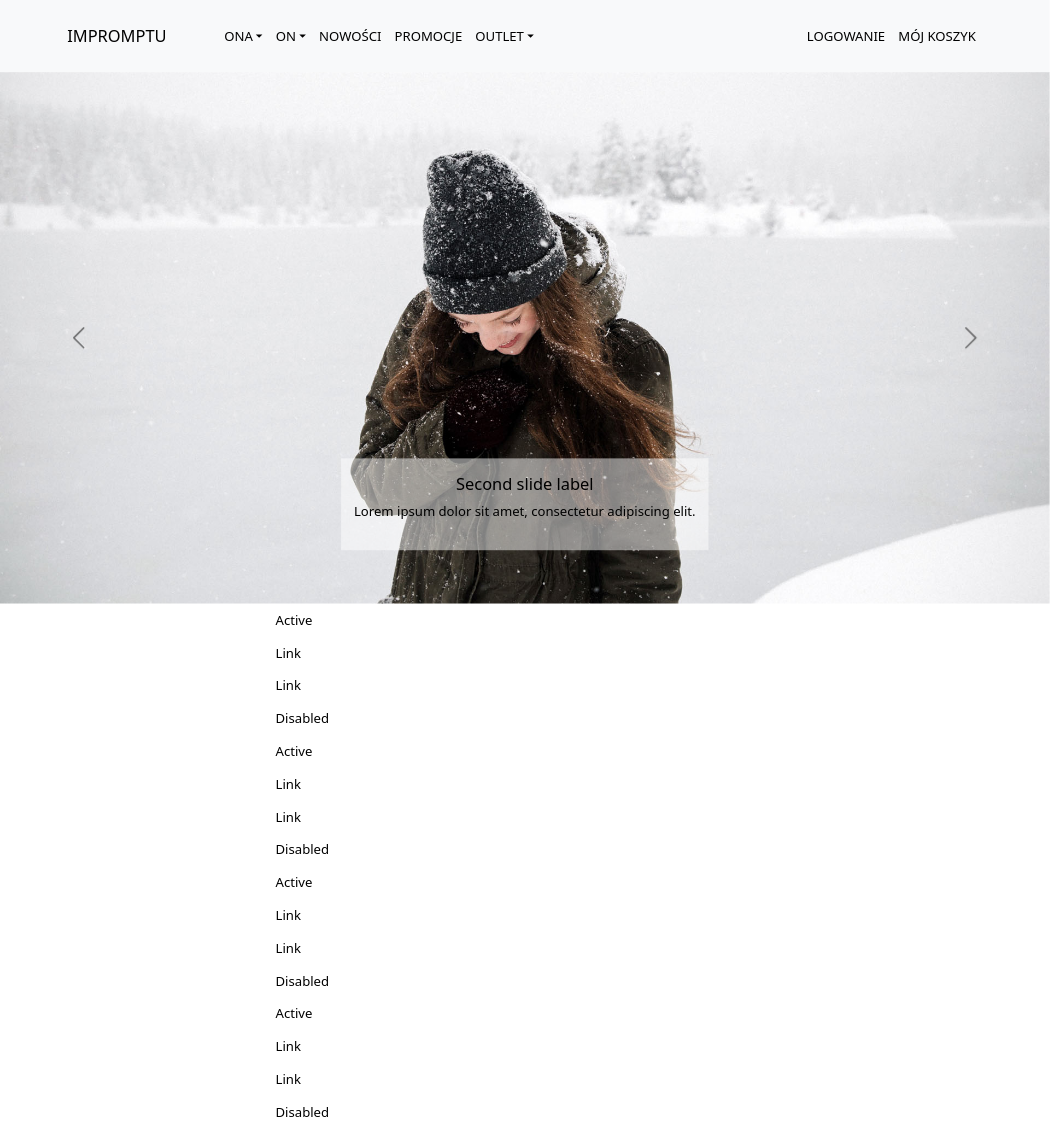
Repository: michalgornicki/Impromptu
Page: /
These files come from the project's save history. The page is drawn as it stood at one moment and after the next save; the edit follows.
The browser window is 1280 px wide. The pictures show the whole page, at 82% of full size.
The project was rebuilt for these pictures with package versions that can differ from the ones it lists, and the page was loaded fresh each time.

Above is the page before, as saved 2021-12-23 13:20:43.

### src/App.jsx
import React from "react";
import "./App.css";
import "bootstrap/dist/css/bootstrap.min.css";
import Container from "react-bootstrap/Container";
import Navbar from "react-bootstrap/Navbar";
import Nav from "react-bootstrap/Nav";
import NavDropdown from "react-bootstrap/NavDropdown";
import Carousel from "react-bootstrap/Carousel";
import Row from "react-bootstrap/Row";
import Col from "react-bootstrap/Carousel";
import photo1 from "./1.jpg";
import photo2 from "./2.jpg";
import photo3 from "./3.jpg";
import photo4 from "./4.jpg";
import photo5 from "./5.jpg";

function App() {
  return (
    <p>
      <Navbar
        collapseOnSelect
        expand="lg"
        bg="light"
        variant="light"
        className="py-4 display-7 text-dark"
      >
        <Container>
          <Navbar.Brand href="#home" className="w-15">IMPROMPTU</Navbar.Brand>
          <Navbar.Toggle aria-controls="responsive-navbar-nav" />
          <Navbar.Collapse id="responsive-navbar-nav">
            <Nav className="me-auto">
              <NavDropdown title="ONA" id="collasible-nav-dropdown">
                <NavDropdown.Item href="#action/3.1">Action</NavDropdown.Item>
                <NavDropdown.Item href="#action/3.2">
                  Another action
                </NavDropdown.Item>
                <NavDropdown.Item href="#action/3.3">
                  Something
                </NavDropdown.Item>
                <NavDropdown.Divider />
                <NavDropdown.Item href="#action/3.4">
                  Separated link
                </NavDropdown.Item>
              </NavDropdown>
              <NavDropdown title="ON" id="collasible-nav-dropdown">
                <NavDropdown.Item href="#action/3.1">Action</NavDropdown.Item>
                <NavDropdown.Item href="#action/3.2">
                  Another action
                </NavDropdown.Item>
                <NavDropdown.Item href="#action/3.3">
                  Something
                </NavDropdown.Item>
                <NavDropdown.Divider />
                <NavDropdown.Item href="#action/3.4">
                  Separated link
                </NavDropdown.Item>
              </NavDropdown>
              <Nav.Link href="#pricing">NOWOŚCI</Nav.Link>
              <Nav.Link href="#pricing">PROMOCJE</Nav.Link>
              <NavDropdown title="OUTLET" id="collasible-nav-dropdown">
                <div className="flex flex-column">
                  <div className="container">
                <NavDropdown.Item href="#action/3.1">Action</NavDropdown.Item>
                <NavDropdown.Item href="#action/3.2">
                  Another action
                </NavDropdown.Item>
                <NavDropdown.Item href="#action/3.3">
                  Something
                </NavDropdown.Item>
                <NavDropdown.Divider />
                <NavDropdown.Item href="#action/3.4">
                  Separated link
                </NavDropdown.Item>
                </div>
                <div className="container">
                <NavDropdown.Item href="#action/3.1">Action</NavDropdown.Item>
                <NavDropdown.Item href="#action/3.2">
                  Another action
                </NavDropdown.Item>
                <NavDropdown.Item href="#action/3.3">
                  Something
                </NavDropdown.Item>
                <NavDropdown.Divider />
                <NavDropdown.Item href="#action/3.4">
                  Separated link
                </NavDropdown.Item>
                </div>
                </div>
              </NavDropdown>
            </Nav>
            <Nav>
              <Nav.Link href="#deets">LOGOWANIE</Nav.Link>
              <Nav.Link href="#memes">MÓJ KOSZYK</Nav.Link>
            </Nav>
          </Navbar.Collapse>
        </Container>
      </Navbar>

      <Carousel variant="dark" indicators={false}>
  <Carousel.Item>
    <img
      className="d-block w-100"
      src={photo1}
      alt="First slide"
    />
    <Carousel.Caption>
      <h5>First slide label</h5>
      <p>Nulla vitae elit libero, a pharetra augue mollis interdum.</p>
    </Carousel.Caption>
  </Carousel.Item>
  <Carousel.Item>
    <img
      className="d-block w-100"
      src={photo2}
      alt="Second slide"
    />
    <Carousel.Caption>
      <h5>Second slide label</h5>
      <p>Lorem ipsum dolor sit amet, consectetur adipiscing elit.</p>
    </Carousel.Caption>
  </Carousel.Item>
  <Carousel.Item>
    <img
      className="d-block w-100"
      src={photo3}
      alt="Third slide"
    />
    <Carousel.Caption>
      <h5>Third slide label</h5>
      <p>Praesent commodo cursus magna, vel scelerisque nisl consectetur.</p>
    </Carousel.Caption>
  </Carousel.Item>
  <Carousel.Item>
    <img
      className="d-block w-100"
      src={photo4}
      alt="Third slide"
    />
    <Carousel.Caption>
      <h5>Third slide label</h5>
      <p>Praesent commodo cursus magna, vel scelerisque nisl consectetur.</p>
    </Carousel.Caption>
  </Carousel.Item>
  <Carousel.Item>
    <img
      className="d-block w-100"
      src={photo5}
      alt="Third slide"
    />
    <Carousel.Caption>
      <h5>Third slide label</h5>
      <p>Praesent commodo cursus magna, vel scelerisque nisl consectetur.</p>
    </Carousel.Caption>
  </Carousel.Item>
</Carousel>


<Nav
  activeKey="/home"
  className="w-50 m-auto"
>
  <Row>
  <Col>
  <Nav.Item>
    <Nav.Link href="/home">Active</Nav.Link>
  </Nav.Item>
  <Nav.Item>
    <Nav.Link eventKey="link-1">Link</Nav.Link>
  </Nav.Item>
  <Nav.Item>
    <Nav.Link eventKey="link-2">Link</Nav.Link>
  </Nav.Item>
  <Nav.Item>
    <Nav.Link eventKey="disabled" disabled>
      Disabled
    </Nav.Link>
  </Nav.Item>
  </Col>
  <Col>
  <Nav.Item>
    <Nav.Link href="/home">Active</Nav.Link>
  </Nav.Item>
  <Nav.Item>
    <Nav.Link eventKey="link-1">Link</Nav.Link>
  </Nav.Item>
  <Nav.Item>
    <Nav.Link eventKey="link-2">Link</Nav.Link>
  </Nav.Item>
  <Nav.Item>
    <Nav.Link eventKey="disabled" disabled>
      Disabled
    </Nav.Link>
  </Nav.Item>
  </Col>
  <Col>
  <Nav.Item>
    <Nav.Link href="/home">Active</Nav.Link>
  </Nav.Item>
  <Nav.Item>
    <Nav.Link eventKey="link-1">Link</Nav.Link>
  </Nav.Item>
  <Nav.Item>
    <Nav.Link eventKey="link-2">Link</Nav.Link>
  </Nav.Item>
  <Nav.Item>
    <Nav.Link eventKey="disabled" disabled>
      Disabled
    </Nav.Link>
  </Nav.Item>
  </Col>
  <Col>
  <Nav.Item>
    <Nav.Link href="/home">Active</Nav.Link>
  </Nav.Item>
  <Nav.Item>
    <Nav.Link eventKey="link-1">Link</Nav.Link>
  </Nav.Item>
  <Nav.Item>
    <Nav.Link eventKey="link-2">Link</Nav.Link>
  </Nav.Item>
  <Nav.Item>
    <Nav.Link eventKey="disabled" disabled>
      Disabled
    </Nav.Link>
  </Nav.Item>
  </Col>
  </Row>
</Nav>


    </p>
  );
}

export default App;

### src/App.css
.w-15{
    width: 15%!important;
}

.display-7{
    font-size: 1rem;
}

.nav-link {
    color: black!important;
}

.carousel img {
    height: 90vh;
    object-fit: cover;
}

.carousel-caption{
    background-color: rgba(255, 255, 255, 0.5);
    bottom: 10%!important;
    width: 35%;
    margin: auto;
}

Loaded but not shown: public/index.html (common file); src/index.js (common file); src/index.css (common file); src/reportWebVitals.js (common file)

After the next save:
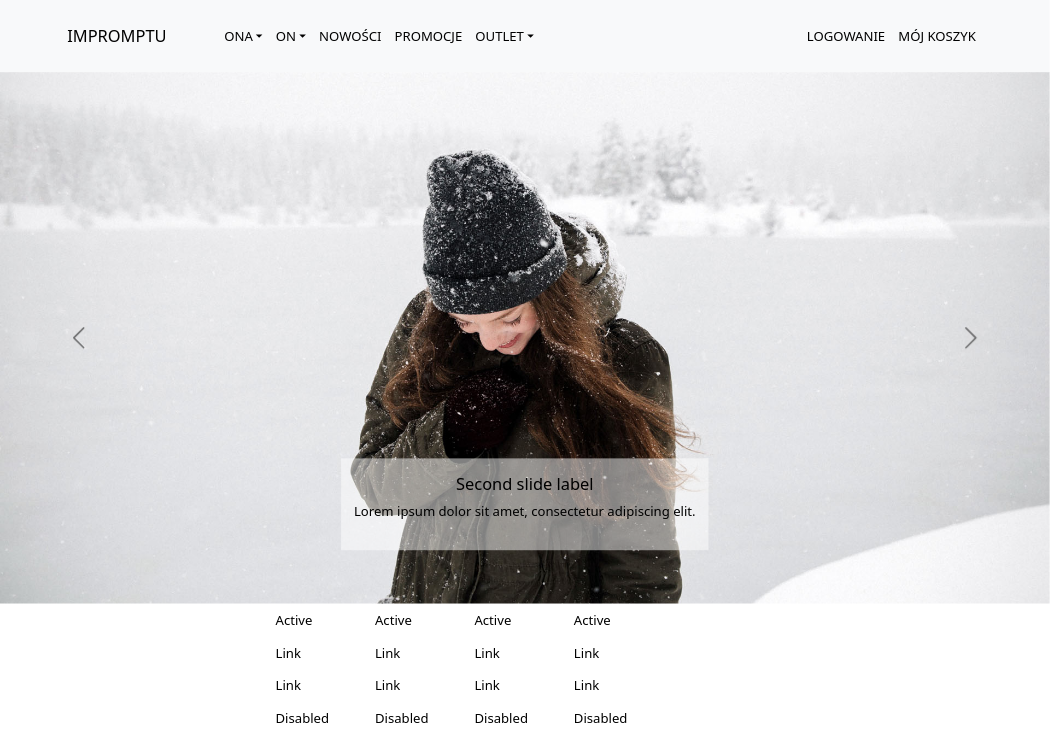
Saved 4 s later.
--- a/src/App.jsx
+++ b/src/App.jsx
@@ -7,7 +7,7 @@ import Nav from "react-bootstrap/Nav";
 import NavDropdown from "react-bootstrap/NavDropdown";
 import Carousel from "react-bootstrap/Carousel";
 import Row from "react-bootstrap/Row";
-import Col from "react-bootstrap/Carousel";
+import Col from "react-bootstrap/Col";
 import photo1 from "./1.jpg";
 import photo2 from "./2.jpg";
 import photo3 from "./3.jpg";
